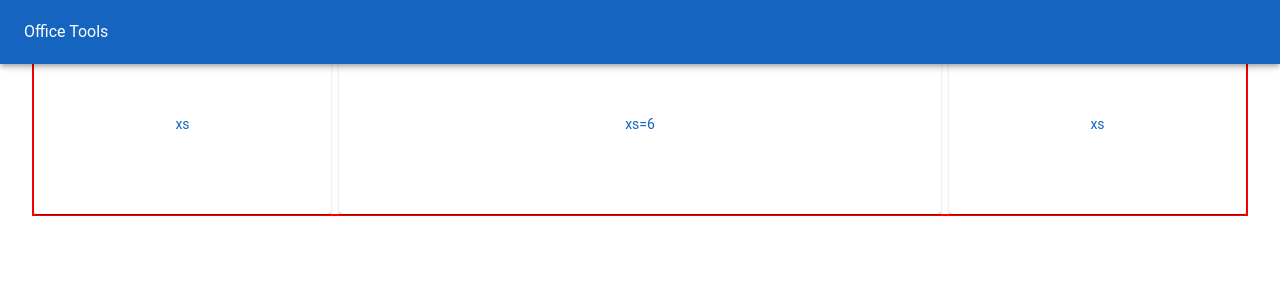
Repository: Vijay-Singh1/office-tools
Page: /createForm/Create-Form
The author's editor kept a copy of each file at every save. The page is drawn from the files as they stood at one save, then again after the next save.
The browser window is 1280 px wide. The pictures show the whole page.
The project was rebuilt for these pictures with package versions that can differ from the ones it lists, and the page was loaded fresh each time. Also part of the build but not shown: vite.config.ts, src/FormBuilderApp/src/pages/OpenForms.tsx.

Above is the page before, as saved 2024-09-03 22:10:31.

### index.html
<!doctype html>
<html lang="en">
  <head>
    <meta charset="UTF-8" />
    <link rel="icon" type="image/svg+xml" href="/vite.svg" />
    <meta name="viewport" content="width=device-width, initial-scale=1.0" />
    <title>Office Tools</title>
  </head>
  <body>
    <div id="root"></div>
    <script type="module" src="/src/main.tsx"></script>
  </body>
</html>

### src/main.tsx
import { StrictMode } from 'react'
import { createRoot } from 'react-dom/client'
import App from './App.tsx'
import './index.css'// Import Tailwind CSS
import { ThemeProvider } from '@mui/material/styles';
import CssBaseline from '@mui/material/CssBaseline';
import theme from "./appTheme/appTheme.ts"
import AppRoutes from './routes.js';
createRoot(document.getElementById('root')!).render(
  <StrictMode>
    <ThemeProvider theme={theme}>
    <CssBaseline />
    <AppRoutes />
    </ThemeProvider>
  </StrictMode>,
)

### src/appTheme/appTheme.ts
// src/theme/theme.js

import { createTheme } from '@mui/material/styles';
import { blue,  red, orange, green, grey } from '@mui/material/colors';

const theme = createTheme({
  palette: {
    primary: {
      light: blue[300], // Light shade for hover effects, etc.
      main: blue[600],  // Main primary color
      dark: blue[800],  // Dark shade for contrast
      contrastText: '#ffffff',
    },
    secondary: {
      light: blue[200], // Light blue as a secondary color
      main: blue[400],  // A mid-range blue for secondary actions
      dark: blue[700],  // Darker shade for emphasis
      contrastText: '#ffffff',
    },
    error: {
      main: red[500],
    },
    warning: {
      main: orange[500],
    },
    info: {
      main: blue[300],
    },
    success: {
      main: green[500],
    },
    background: {
      default: '#ffffff',
      paper: blue[50], // Very light blue background for paper components
    },
    text: {
      primary: grey[900],
      secondary: blue[800], // Dark blue text for secondary elements
    },
    action: {
      hover: blue[100], // Light blue on hover
      selected: blue[50], // Even lighter blue when an item is selected
      disabledBackground: blue[50], // Light blue background for disabled items
      disabled: grey[400], // Disabled text color
    },
    divider: blue[100], // Light blue for dividers and borders
  },
  typography: {
    fontFamily: 'Roboto, Arial, sans-serif',
    h1: {
      fontWeight: 700,
      color: blue[800], // Dark blue for headings
    },
    h2: {
      fontWeight: 700,
      color: blue[700], // Slightly lighter for sub-headings
    },
  },
  components: {
    MuiButton: {
      styleOverrides: {
        root: {
          borderRadius: 8,
          '&:hover': {
            backgroundColor: blue[700], // Darker blue on hover
          },
        },
      },
    },
    MuiAppBar: {
      styleOverrides: {
        colorPrimary: {
          backgroundColor: blue[800], // Darker shade for AppBar
        },
      },
    },
    MuiPaper: {
      styleOverrides: {
        root: {
          backgroundColor: blue[50], // Very light blue for paper components
        },
      },
    },
    // Add more component customizations as needed
  },
});

export default theme;

### src/routes.tsx
import React from 'react';
import { createBrowserRouter, RouterProvider } from 'react-router-dom';

import Sidebar from './components/sidebar/Sidebar';
import { formBuilderRoutes } from './FormBuilderApp/src/formBuilderRoutes';
import App from './App';

// Combine routes from different modules
const router = createBrowserRouter([
  {
    path: '/',
    element: <App />,
    children: [
      ...formBuilderRoutes
      // Add other module routes here
    ],
  },
]);

const AppRoutes: React.FC = () => {
  return <RouterProvider router={router} />;
};

export default AppRoutes;

### src/FormBuilderApp/src/formBuilderRoutes.tsx
import React from 'react';
import { RouteObject } from 'react-router-dom';
import FormBuilderHome from './pages/FormBuilderHome';
import CreateForm from './pages/CreateForm';
import OpenForms from './pages/OpenForms';


export const formBuilderRoutes: RouteObject[] = [
  {
    path: 'createForm',
    element: <FormBuilderHome />,
    children: [
      {
        path: '/createForm/Create-Form',
        element: <CreateForm />,
      },
      {
        path: '/createForm/Open-Form',
        element: <OpenForms />,
      },
    ],
  },
];

### src/App.tsx
import { Outlet } from "react-router-dom";
import "./App.css";
import Sidebar from "./components/sidebar/Sidebar";
import { AppBar, Box, IconButton, Toolbar, Typography,   } from "@mui/material";
import MenuIcon from '@mui/icons-material/Menu';
import Appbar from "./components/appBar/Appbar";
const App: React.FC = () => {

  return (
    <Box display="flex" width="100%" >
    <Appbar />
      <Box display="flex" border = "1px solid red"flexGrow = {1} >
        <Outlet />
      </Box>
    </Box>
  );
};

export default App;

### src/FormBuilderApp/src/pages/FormBuilderHome.tsx
import { Box } from '@mui/material'
import React from 'react'
import { Outlet } from 'react-router-dom'

const FormBuilderHome = () => {
  return (
    <Box width={"100%"}>
        <Outlet />
        </Box>
  )
}

export default FormBuilderHome

### src/FormBuilderApp/src/pages/CreateForm.tsx
import { styled } from '@mui/material/styles';
import Box from '@mui/material/Box';
import Paper from '@mui/material/Paper';
import Grid from '@mui/material/Grid';
import React from 'react'



const Item = styled(Paper)(({ theme }) => ({
  backgroundColor: theme.palette.mode === 'dark' ? '#1A2027' : '#fff',
  ...theme.typography.body2,
  padding: theme.spacing(10),
  textAlign: 'center',
  color: theme.palette.text.secondary,
}));
const CreateForm : React.FC = () => {
  return (
    <Box border={"1px solid red"} flexGrow = {1} >
      <Grid container spacing={1} >
        <Grid item xs={3}>
          <Item>xs</Item>
        </Grid>
        <Grid item xs={6}>
          <Item>xs=6</Item>
        </Grid>
        <Grid item xs={3} >
          <Item>xs</Item>
        </Grid>
      </Grid>
    </Box>
  )
}

export default CreateForm

### src/components/appBar/Appbar.tsx
import { AppBar, Box, styled, Toolbar, Typography } from '@mui/material'
import React from 'react'
import HomeRepairServiceIcon from '@mui/icons-material/HomeRepairService';

const StyledToolBar = styled(Toolbar)({
    display : "flex",
    justifyContent : "space-between"
})

const NavItems = styled(Box)(({theme}) =>({
    color : theme.palette.primary.contrastText
}))
const Appbar = () => {
  return (
    <AppBar>
        <StyledToolBar>
        <Typography sx={{display : {sm : "block", xs : "none"}}}>Office Tools</Typography>
            <HomeRepairServiceIcon sx={{display : {sm : "none", xs : "block"}}}/>
        </StyledToolBar>
    </AppBar>
  )
}

export default Appbar

Loaded but not shown: src/index.css (common file); src/App.css (common file)

After the next save:
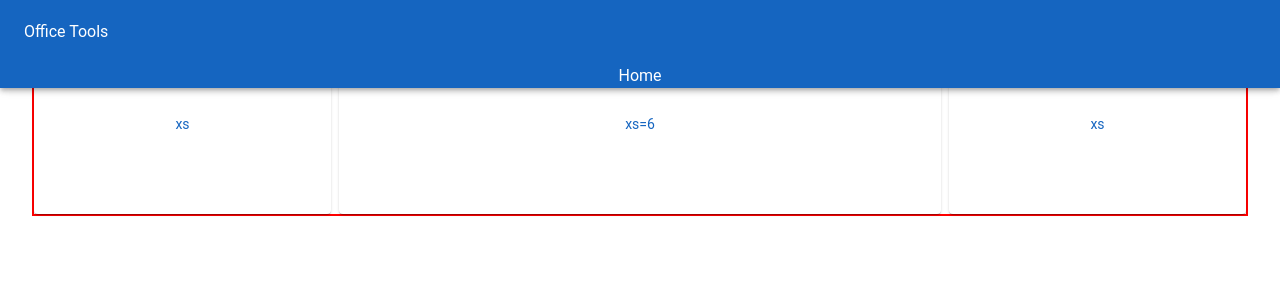
Saved 9 min 44 s later.
--- a/src/components/appBar/Appbar.tsx
+++ b/src/components/appBar/Appbar.tsx
@@ -1,6 +1,7 @@
 import { AppBar, Box, styled, Toolbar, Typography } from '@mui/material'
 import React from 'react'
 import HomeRepairServiceIcon from '@mui/icons-material/HomeRepairService';
+import { NavLink } from 'react-router-dom';
 
 const StyledToolBar = styled(Toolbar)({
     display : "flex",
@@ -17,6 +18,9 @@ const Appbar = () => {
         <Typography sx={{display : {sm : "block", xs : "none"}}}>Office Tools</Typography>
             <HomeRepairServiceIcon sx={{display : {sm : "none", xs : "block"}}}/>
         </StyledToolBar>
+        <NavItems>
+            <NavLink to="/home">Home</NavLink>
+        </NavItems>
     </AppBar>
   )
 }
